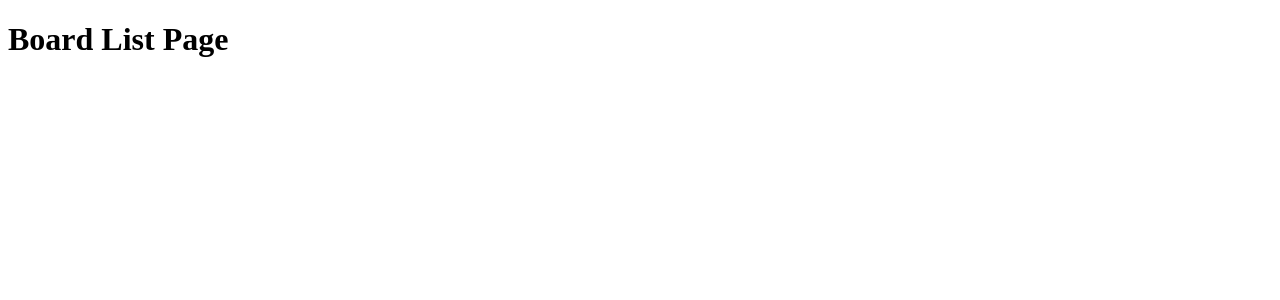
Repository: Leesunghoon1/pjthome
Page: http://localhost/jsp_pjt/board/list.jsp
The author's editor kept a copy of each file at every save. The page is drawn from the files as they stood at one save, then again after the next save.
The browser window is 1280 px wide. The pictures show the whole page.
The page is served by Tomcat 9.

Above is the page before, as saved 2023-09-21 08:39:57.

After the next save:
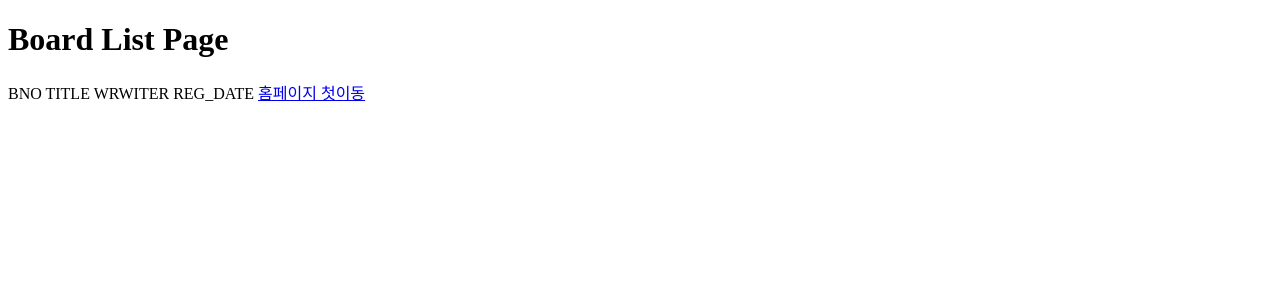
Saved 53 s later.
--- a/jsp_pjt-main/jsp_pjt/src/main/webapp/board/list.jsp
+++ b/jsp_pjt-main/jsp_pjt/src/main/webapp/board/list.jsp
@@ -9,6 +9,13 @@
 </head>
 <body>
 <h1>Board List Page</h1>
-
+<tr>
+	<th>BNO</th>
+	<th>TITLE</th>
+	<th>WRWITER</th>
+	<th>REG_DATE</th>
+</tr>
+ <a href="/index.jsp">홈페이지 첫이동</a>
+   <a href="/brd/register"></a>
 </body>
 </html>
